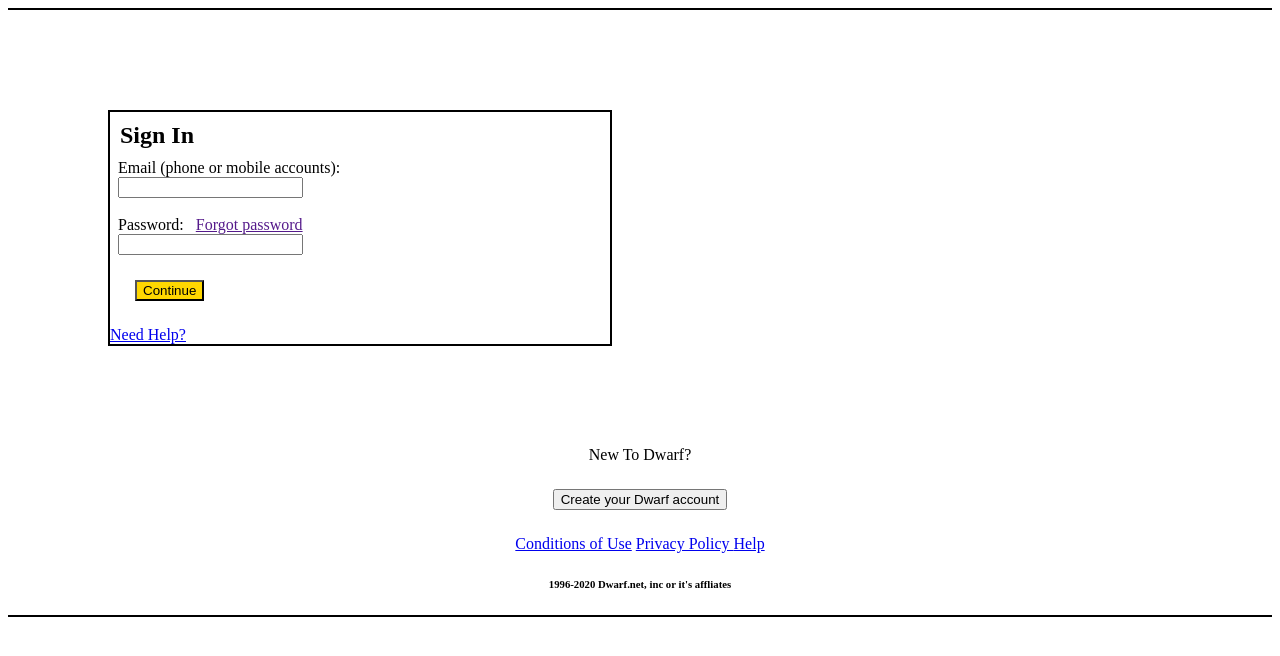
Repository: brittmarie333/replica
Page: index.html
An editor plug-in stored every save of this project. The page is shown before and after the next save, followed by the edit.
The browser window is 1280 px wide. The pictures show the whole page.

Above is the page before, as saved 2024-06-09 14:08:46.

### index.html
<!DOCTYPE html>
<html lang="en">
<head>
    <meta charset="UTF-8">
    <meta name="viewport" content="width=device-width, initial-scale=1.0">
    <link rel="stylesheet" href="index.css">
    <title>Log In</title>
</head>
<body>

    <form action="/data.php">
        <h2>Sign In</h2>
        <label for="username">&ensp;Email (phone or mobile accounts):</label><br>
        &ensp;<input type="text" id="fname" name="fname"><br>
        <br>
        <label for="pword">&ensp;Password: </label> &ensp;<text align="right"><a href="">Forgot password</a></text><br>
        &ensp;<input type="text" id="lname" name="lname" ><br>
        <button style= "background-color: gold";
        <button>Continue</button>
        <br>
        <a href="http">Need Help?</a>
      </form>




      New To Dwarf?
      <br>
      <button id="create">Create your Dwarf account</button>
      <br>
      <a href="http"> Conditions of Use</a>
      <a href="http"> Privacy Policy </a>
      <a href="http"> Help </a>
      <br>

      <h6> 1996-2020 Dwarf.net, inc or it's affliates</h6>


</body>
</html>

### index.css
h2  {
    text-align: left;
    margin: 10px;
}

body {
    border-top: 2px solid black;
    text-align: center;
    border-bottom: 2px solid black;
    align-items: center;
}
form{
    text-align: left;

    border: 2px solid;
    border color: light grey;
    margin: 100px;
    width: 500px;

}
button{
    text-align: center;
    align-items: center;
    margin: 25px;

}

After the next save:
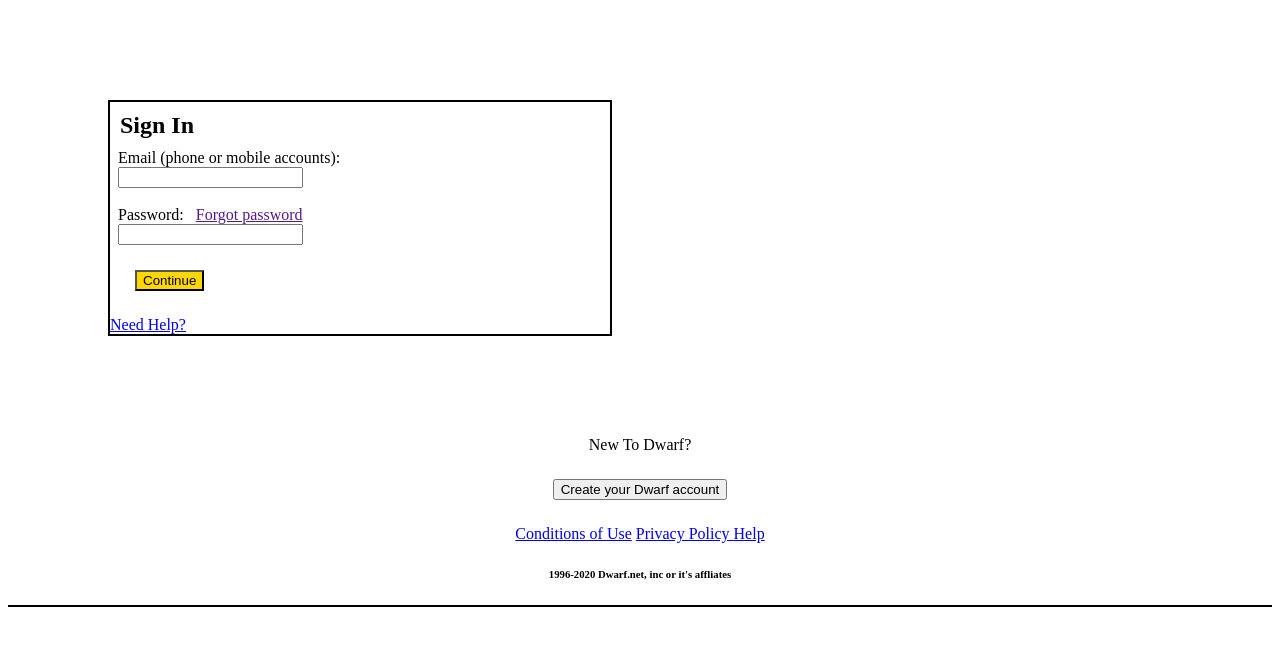
Saved 38 s later.
--- a/index.css
+++ b/index.css
@@ -4,7 +4,6 @@
 }
 
 body {
-    border-top: 2px solid black;
     text-align: center;
     border-bottom: 2px solid black;
     align-items: center;
